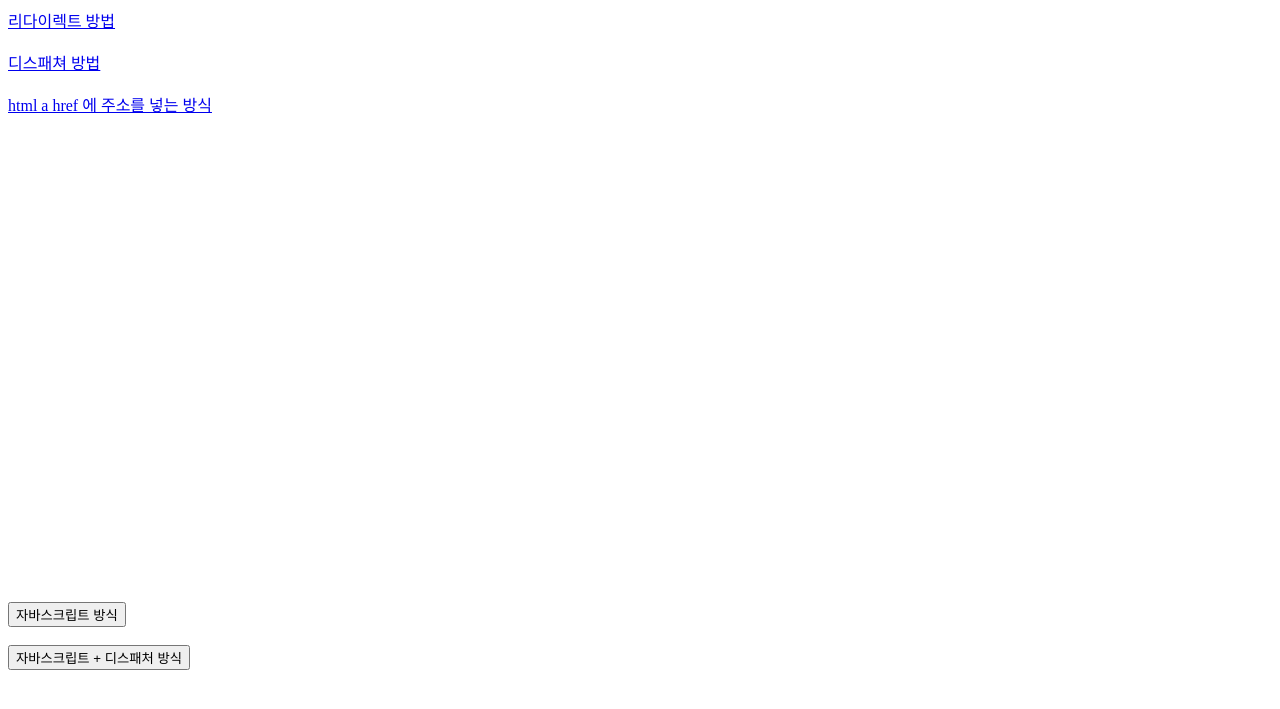
Repository: jaybon1/satstudy
Page: http://localhost/satBlog/
An editor plug-in stored every save of this project. The page is shown before and after the next save, followed by the edit.
The browser window is 1280 px wide. The pictures show the whole page.
The page is served by Tomcat 9.

Above is the page before, as saved 2020-05-29 14:28:13.

After the next save:
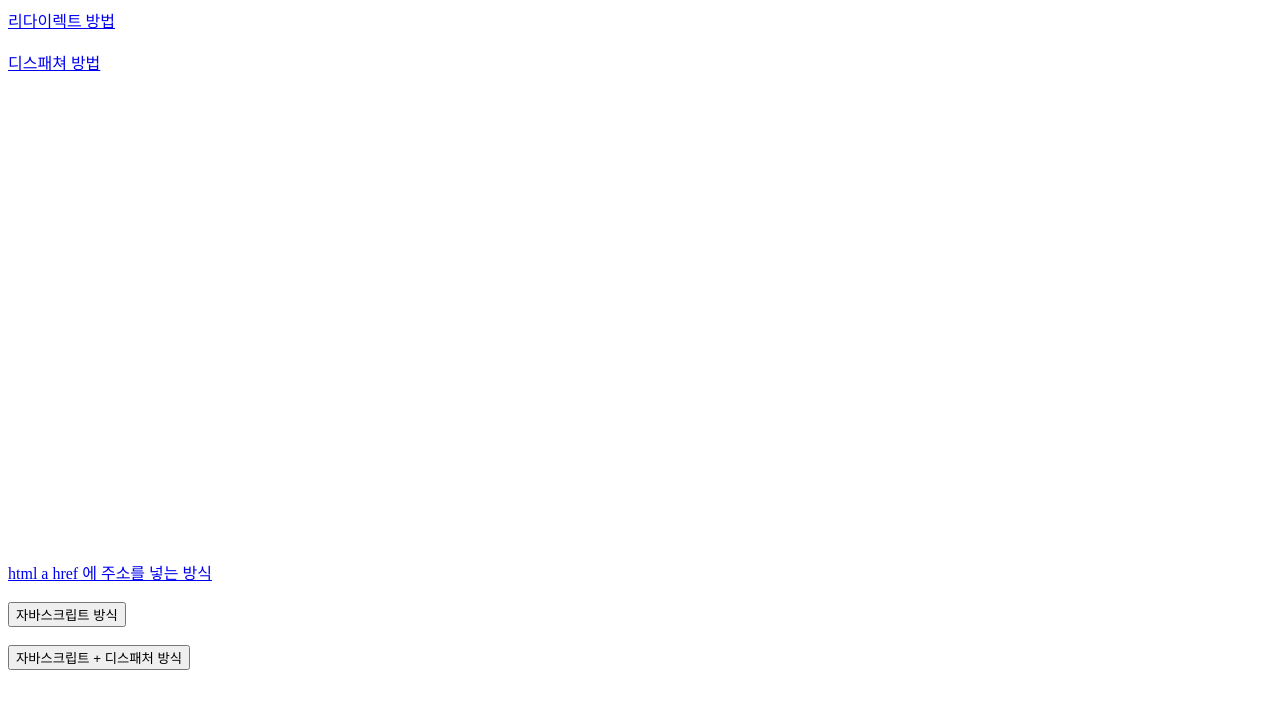
Saved 20 s later.
--- a/satBlog/WebContent/index.jsp
+++ b/satBlog/WebContent/index.jsp
@@ -31,10 +31,6 @@
 	<br/>
 	<br/>
 
-	<a href="first.jsp">html a href 에 주소를 넣는 방식</a>
-
-	<br/>
-	<br/>
 	<br/>
 	<br/>
 	<br/>
@@ -63,6 +59,12 @@
 	<br/>
 
 
+	<a href="first.jsp">html a href 에 주소를 넣는 방식</a>
+
+	<br/>
+	<br/>
+
+
 	<input type="button" onclick="move()" value="자바스크립트 방식">
 
 	<br/>
